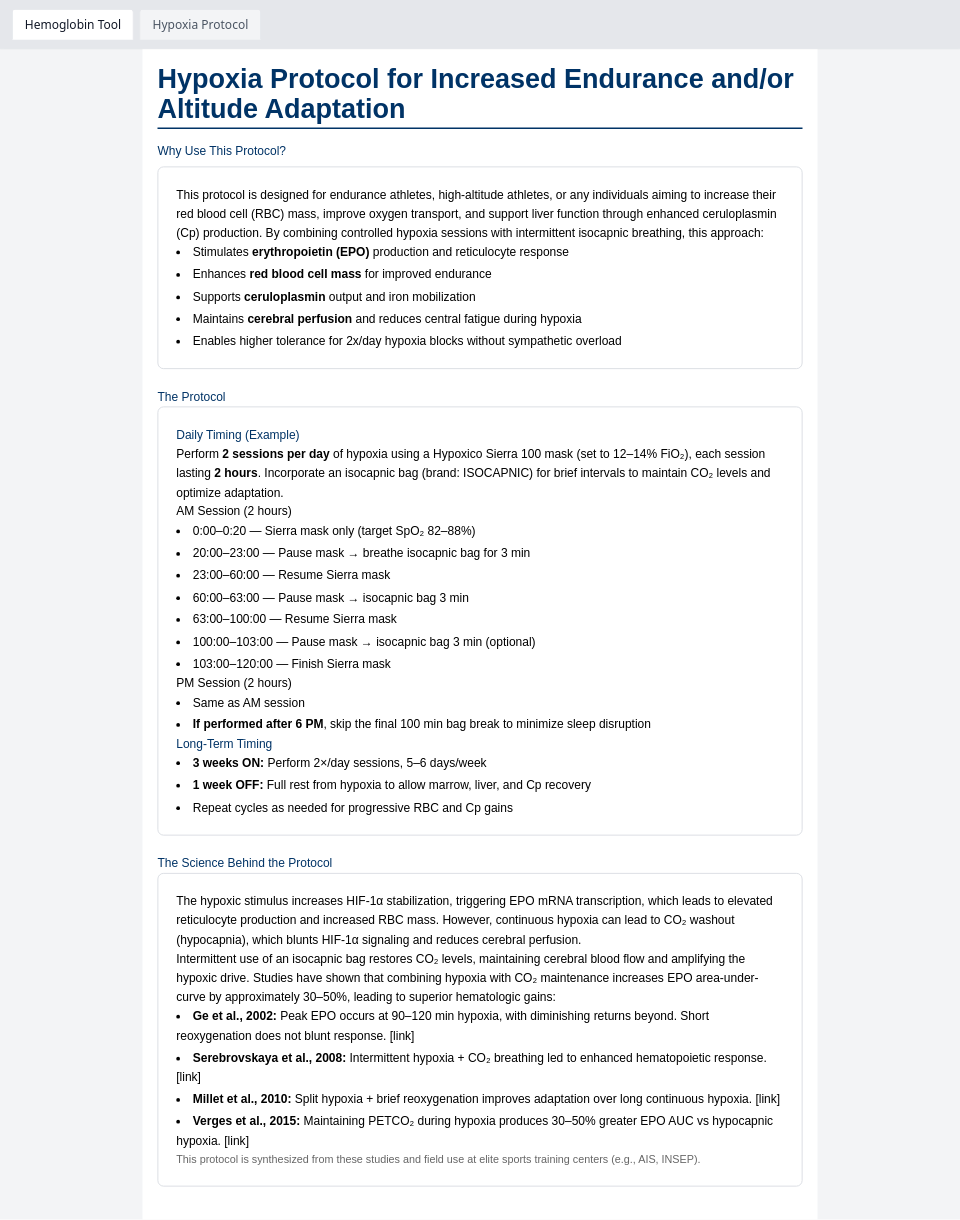
Repository: austenhughes1/hemoglobin_rbc_metrics
Page: hypoxia_protocol.html
These files come from the project's save history. The page is drawn as it stood at one moment and after the next save; the edit follows.
The browser window is 1280 px wide. The pictures show the whole page, at 75% of full size.
Some web libraries are served in a nearby version.

Above is the page before, as saved 2025-06-25 13:15:06.

### hypoxia_protocol.html
<!DOCTYPE html>
<html lang="en">
<head>
  <meta charset="UTF-8" />
  <meta name="viewport" content="width=device-width, initial-scale=1.0"/>
  <title>Hemocalc PRO Hypoxia + Isocapnic Bag Protocol</title>
  <script src="https://cdn.tailwindcss.com"></script>
  <style>
    /* Typography & layout for the content area */
    .content {
      font-family: Arial, sans-serif;
      line-height: 1.6;
      padding: 20px;
      max-width: 900px;
      margin: auto;
      background: white;
    }
    h1, h2, h3 { color: #003366; }
    h1 { border-bottom: 2px solid #003366; padding-bottom: 5px; }
    .citation { font-size: 0.9em; color: #666; }
  </style>
</head>
<body class="bg-gray-100 min-h-screen">

  <!-- Full‐width sticky header -->
  <header class="sticky top-0 z-20 bg-gray-200 shadow-sm w-full">
    <nav class="flex justify-start space-x-2 px-4 py-3">
      <a
        href="index.html"
        class="px-4 py-2 border border-b-0 rounded-t bg-white text-gray-900 font-medium whitespace-nowrap"
      >
        Hemoglobin Tool
      </a>
      <a
        href="hypoxia_protocol.html"
        class="px-4 py-2 border border-b-0 rounded-t bg-gray-100 text-gray-600 hover:bg-gray-200 whitespace-nowrap"
      >
        Hypoxia Protocol
      </a>
    </nav>
  </header>

  <!-- Main content container -->
  <div class="content">
    <h1 class="text-4xl font-bold mb-4">Hypoxia Protocol for Increased Endurance and/or Altitude Adaptation</h1>

    <h2 class="mb-2">Why Use This Protocol?</h2>
    <section class="border border-gray-300 rounded-lg p-6 mb-6 bg-white">
        <p>
        This protocol is designed for endurance athletes, high-altitude athletes, or any individuals aiming to increase their red blood cell (RBC) mass, improve oxygen transport, and support liver function through enhanced ceruloplasmin (Cp) production. By combining controlled hypoxia sessions with intermittent isocapnic breathing, this approach:
        </p>
        <ul class="list-disc list-inside space-y-1">
        <li>Stimulates <strong>erythropoietin (EPO)</strong> production and reticulocyte response</li>
        <li>Enhances <strong>red blood cell mass</strong> for improved endurance</li>
        <li>Supports <strong>ceruloplasmin</strong> output and iron mobilization</li>
        <li>Maintains <strong>cerebral perfusion</strong> and reduces central fatigue during hypoxia</li>
        <li>Enables higher tolerance for 2x/day hypoxia blocks without sympathetic overload</li>
        </ul>
    </section>
    <h2>The Protocol</h2>
    <section class="border border-gray-300 rounded-lg p-6 mb-6 bg-white">

        <h3>Daily Timing (Example)</h3>
        <p>
        Perform <strong>2 sessions per day</strong> of hypoxia using a Hypoxico Sierra 100 mask (set to 12–14% FiO₂), each session lasting <strong>2 hours</strong>. Incorporate an isocapnic bag (brand: ISOCAPNIC) for brief intervals to maintain CO₂ levels and optimize adaptation.
        </p>

        <h4>AM Session (2 hours)</h4>
        <ul class="list-disc list-inside space-y-1">
        <li>0:00–0:20 — Sierra mask only (target SpO₂ 82–88%)</li>
        <li>20:00–23:00 — Pause mask → breathe isocapnic bag for 3 min</li>
        <li>23:00–60:00 — Resume Sierra mask</li>
        <li>60:00–63:00 — Pause mask → isocapnic bag 3 min</li>
        <li>63:00–100:00 — Resume Sierra mask</li>
        <li>100:00–103:00 — Pause mask → isocapnic bag 3 min (optional)</li>
        <li>103:00–120:00 — Finish Sierra mask</li>
        </ul>

        <h4>PM Session (2 hours)</h4>
        <ul class="list-disc list-inside space-y-1">
        <li>Same as AM session</li>
        <li><strong>If performed after 6 PM</strong>, skip the final 100 min bag break to minimize sleep disruption</li>
        </ul>

        <h3>Long-Term Timing</h3>
        <ul class="list-disc list-inside space-y-1">
        <li><strong>3 weeks ON:</strong> Perform 2×/day sessions, 5–6 days/week</li>
        <li><strong>1 week OFF:</strong> Full rest from hypoxia to allow marrow, liver, and Cp recovery</li>
        <li>Repeat cycles as needed for progressive RBC and Cp gains</li>
        </ul>
    </section>

    <h2>The Science Behind the Protocol</h2>
    <section class="border border-gray-300 rounded-lg p-6 mb-6 bg-white">

        <p>
        The hypoxic stimulus increases HIF-1α stabilization, triggering EPO mRNA transcription, which leads to elevated reticulocyte production and increased RBC mass. However, continuous hypoxia can lead to CO₂ washout (hypocapnia), which blunts HIF-1α signaling and reduces cerebral perfusion.
        </p>
        <p>
        Intermittent use of an isocapnic bag restores CO₂ levels, maintaining cerebral blood flow and amplifying the hypoxic drive. Studies have shown that combining hypoxia with CO₂ maintenance increases EPO area-under-curve by approximately 30–50%, leading to superior hematologic gains:
        </p>
        <ul class="list-disc list-inside space-y-1">
        <li><strong>Ge et al., 2002:</strong> Peak EPO occurs at 90–120 min hypoxia, with diminishing returns beyond. Short reoxygenation does not blunt response. [<a href="https://www.hypoxico.com/wp-content/uploads/2018/04/Determinants-of-erythropoietin-release-in-response-to-short-term-hypobaric-hypoxia.pdf" target="_blank">link</a>]</li>
        <li><strong>Serebrovskaya et al., 2008:</strong> Intermittent hypoxia + CO₂ breathing led to enhanced hematopoietic response. [<a href="https://pubmed.ncbi.nlm.nih.gov/18078855/" target="_blank">link</a>]</li>
        <li><strong>Millet et al., 2010:</strong> Split hypoxia + brief reoxygenation improves adaptation over long continuous hypoxia. [<a href="https://pubmed.ncbi.nlm.nih.gov/20092365/" target="_blank">link</a>]</li>
        <li><strong>Verges et al., 2015:</strong> Maintaining PETCO₂ during hypoxia produces 30–50% greater EPO AUC vs hypocapnic hypoxia. [<a href="https://pubmed.ncbi.nlm.nih.gov/26319812/" target="_blank">link</a>]</li>
        </ul>

        <p class="citation">
        This protocol is synthesized from these studies and field use at elite sports training centers (e.g., AIS, INSEP).
        </p>
    </section>
  </div>
</body>
</html>

After the next save:
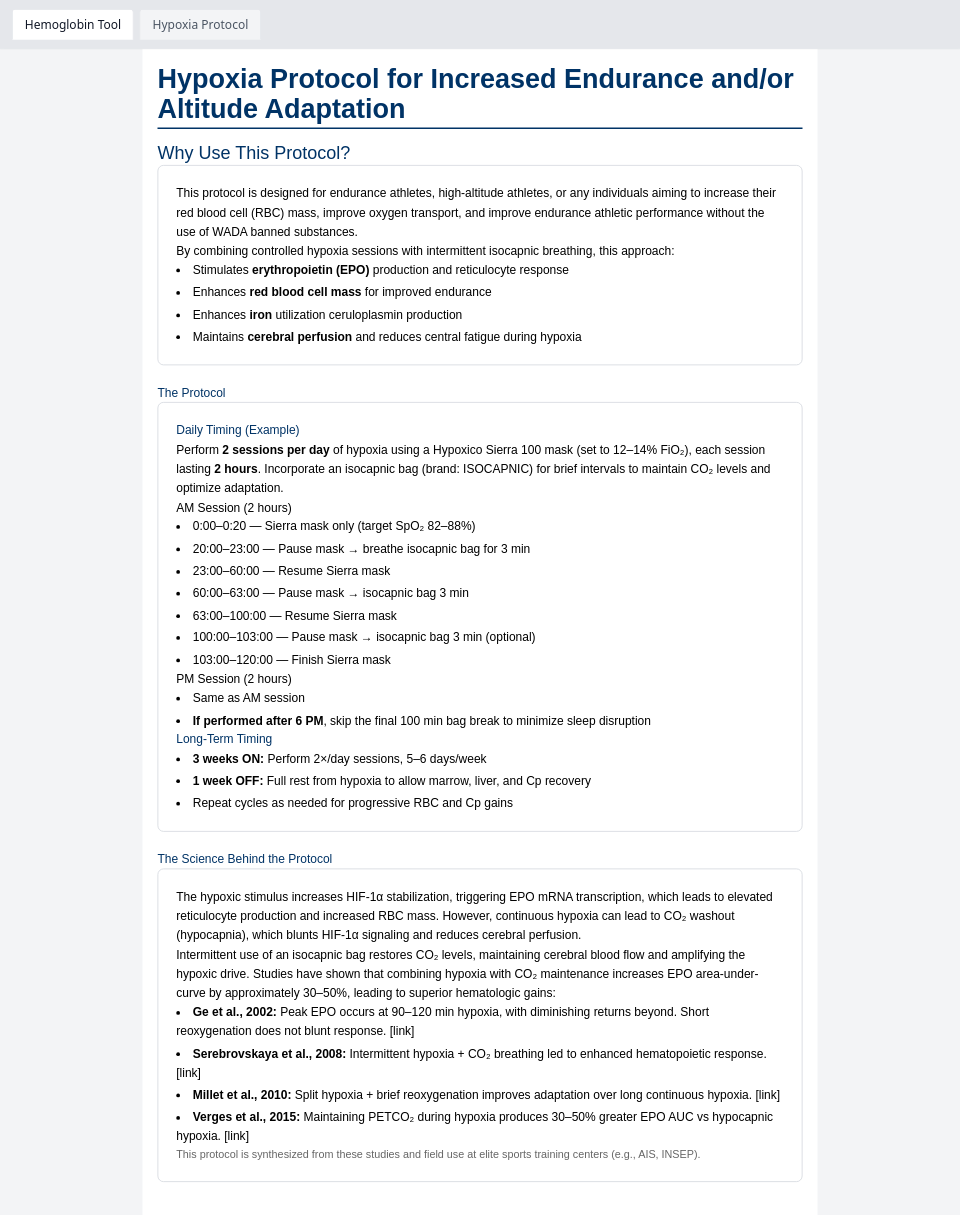
Saved 3 min 25 s later.
--- a/hypoxia_protocol.html
+++ b/hypoxia_protocol.html
@@ -44,17 +44,17 @@
   <div class="content">
     <h1 class="text-4xl font-bold mb-4">Hypoxia Protocol for Increased Endurance and/or Altitude Adaptation</h1>
 
-    <h2 class="mb-2">Why Use This Protocol?</h2>
+    <h2 class="text-2xl">Why Use This Protocol?</h2>
     <section class="border border-gray-300 rounded-lg p-6 mb-6 bg-white">
         <p>
-        This protocol is designed for endurance athletes, high-altitude athletes, or any individuals aiming to increase their red blood cell (RBC) mass, improve oxygen transport, and support liver function through enhanced ceruloplasmin (Cp) production. By combining controlled hypoxia sessions with intermittent isocapnic breathing, this approach:
+        This protocol is designed for endurance athletes, high-altitude athletes, or any individuals aiming to increase their red blood cell (RBC) mass, improve oxygen transport, and improve endurance athletic performance without the use of WADA banned substances.
         </p>
+        <p>By combining controlled hypoxia sessions with intermittent isocapnic breathing, this approach:</p>
         <ul class="list-disc list-inside space-y-1">
-        <li>Stimulates <strong>erythropoietin (EPO)</strong> production and reticulocyte response</li>
-        <li>Enhances <strong>red blood cell mass</strong> for improved endurance</li>
-        <li>Supports <strong>ceruloplasmin</strong> output and iron mobilization</li>
-        <li>Maintains <strong>cerebral perfusion</strong> and reduces central fatigue during hypoxia</li>
-        <li>Enables higher tolerance for 2x/day hypoxia blocks without sympathetic overload</li>
+            <li>Stimulates <strong>erythropoietin (EPO)</strong> production and reticulocyte response</li>
+            <li>Enhances <strong>red blood cell mass</strong> for improved endurance</li>
+            <li>Enhances <strong>iron</strong> utilization ceruloplasmin production </li>
+            <li>Maintains <strong>cerebral perfusion</strong> and reduces central fatigue during hypoxia</li>
         </ul>
     </section>
     <h2>The Protocol</h2>
